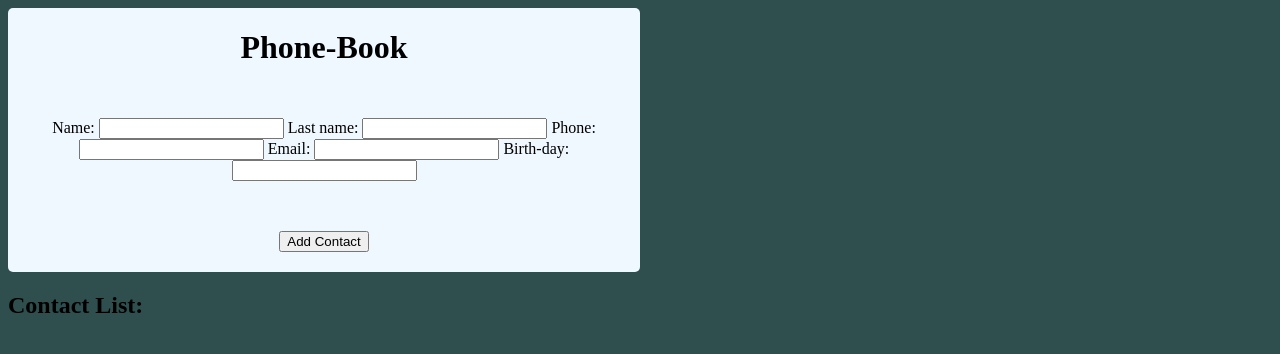
Repository: STA1357/Phone-book
Page: Inner.html
The author's editor kept a copy of each file at every save. The page is drawn from the files as they stood at one save, then again after the next save.
The browser window is 1280 px wide. The pictures show the whole page.

Above is the page before, as saved 2020-12-08 09:57:39.

After the next save:
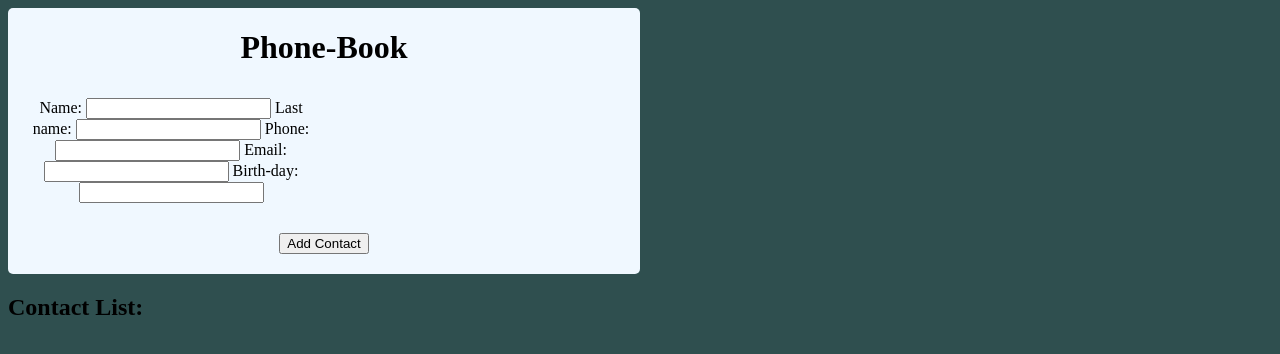
Saved 25 s later.
--- a/styles.css
+++ b/styles.css
@@ -24,7 +24,7 @@ main{
 }
 
 .container{
-    padding: 20px;
+    width: 50%;
 }
 
 .btn{
